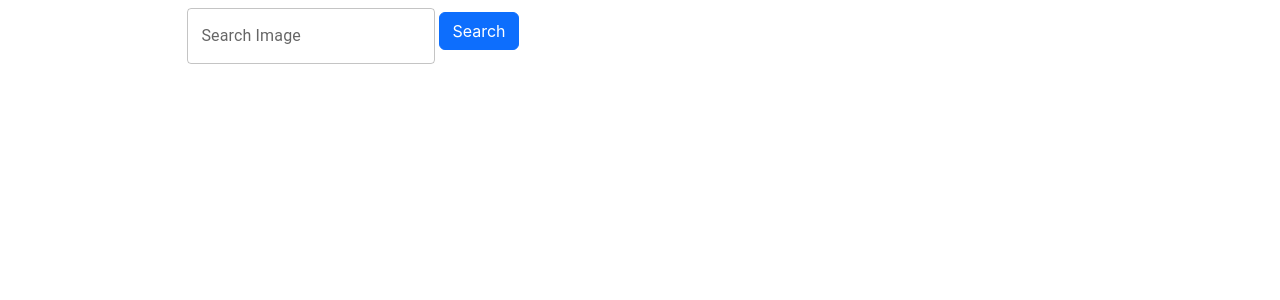
Repository: mohit78911/Snapshot
Page: /
An editor plug-in stored every save of this project. The page is shown before and after the next save, followed by the edit.
The browser window is 1280 px wide. The pictures show the whole page.
The project was rebuilt for these pictures with package versions that can differ from the ones it lists, and the page was loaded fresh each time. Also part of the build but not shown: src/App.css.

Above is the page before, as saved 2023-09-01 10:44:06.

After the next save:
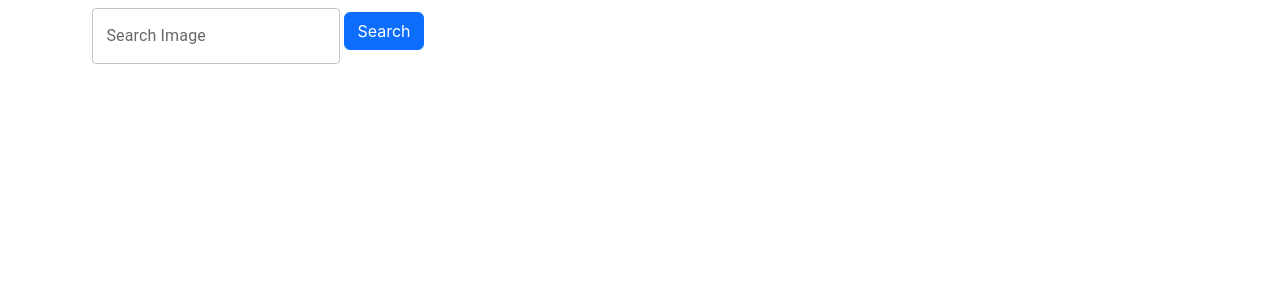
Saved 22 s later.
--- a/src/snapshot/SnapShot.js
+++ b/src/snapshot/SnapShot.js
@@ -29,7 +29,7 @@ export default function SnapShot() {
   return (
     <div class="container">
     <div class="row">
-      <div class="col">
+      <div class="col-4">
       <SearchBox setImage={setImage} image={image} getData={getData} />
       </div>
       <div class="col">
